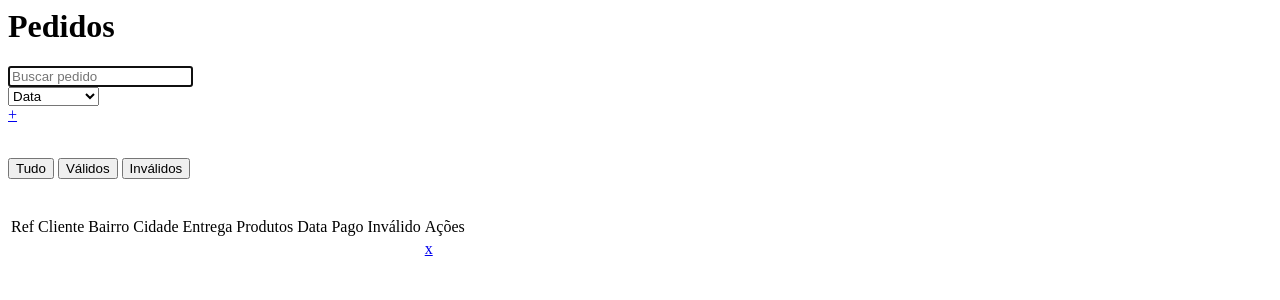
Repository: organicos/organicos.github.io
Page: partials/order/orders.html
The author's editor kept a record of every edit. The page is drawn from the files as they stood at one moment, then again after the next edit.
The browser window is 1280 px wide. The pictures show the whole page.

Above is the page before.

### partials/order/orders.html
<h1>Pedidos</h1>

<form class="form-inline text-right">
    <div class="form-group">
		<input class="form-control input-xs" id="orderQuery" name="orderQuery" ng-model="orderQuery" type="text" placeholder="Buscar pedido" autofocus>
    </div>
	<div class="form-group">
        <select class="form-control" id="order" ng-model="selectedOrder">
            <option value="updated" selected>Data</option>
            <option value="customer.email">Cliente</option>
            <option value="district">Bairro</option>
            <option value="city">Cidade</option>
            <option value="deliveryOption">Entrega</option>
            <option value="products">Produto</option>
            <option value="payment_status">Pagamento</option>
            <option value="invalid">Inválido</option>
        </select>
	</div>
    <span ng-if="$storage.user.kind == 'admin'"><a class="btn btn-default" href="#/product">+</a></span>
</form>

<br>

<div class="btn-group" role="group">
	<button
		type="button"
		class="btn btn-sm btn-primary"
		ng-class="selectedFilterInvalidValue === '' ? 'active' : ''"
		ng-click="selectFilterInvalidValue('')"
	>Tudo</button>
	<button
		type="button"
		class="btn btn-sm btn-primary"
		ng-class="selectedFilterInvalidValue === false ? 'active' : ''"
		ng-click="selectFilterInvalidValue(false)"
	>Válidos</button>
	<button
		type="button"
		class="btn btn-sm btn-primary"
		ng-class="selectedFilterInvalidValue === true ? 'active' : ''"
		ng-click="selectFilterInvalidValue(true)"
	>Inválidos</button>
</div>

<br><br>

<table class="table table-condensed table-stripped table-hover small">
    <thead>
        <tr>
            <td>Ref</td>
            <td>Cliente</td>
            <td>Bairro</td>
            <td>Cidade</td>
            <td>Entrega</td>
            <td>Produtos</td>
            <td>Data</td>
            <td>Pago</td>
            <td ng-if="selectedFilterInvalidValue === ''">Inválido</td>
            <td>Ações</td>
        </tr>
    </thead>
    <tbody>
        <tr ng-repeat="order in filteredProducts = (orders | filter: orderQuery | orderBy: selectedOrder | filter: {invalid : selectedFilterInvalidValue})">
            <td><a href="#/order/{{order._id}}" ng-bind="order._id"></a></td>
            <td><a href="#/user/{{order.customer._id}}" ng-bind="order.customer.name || order.customer.email"></a></td>
            <td ng-bind="order.district"></td>
            <td ng-bind="order.city"></td>
            <td ng-bind="order.deliveryOption"></td>
            <td ng-bind="order.products.length"></td>
            <td ng-bind="order.updated | date:'dd/MM/yyyy'"></td>
            <td><i nf-if="order.pagseguro.transaction.status[0]" class="fa fa-check"></i></td>
            <td ng-if="selectedFilterInvalidValue === ''"><i class="fa fa-check" ng-if="order.invalid"></i></td>
            <td><a ng-click="dropOrder(order)" href="javascrip:void(0)">x</a></td>
        </tr>
    </tbody>
</table>

After the next edit:
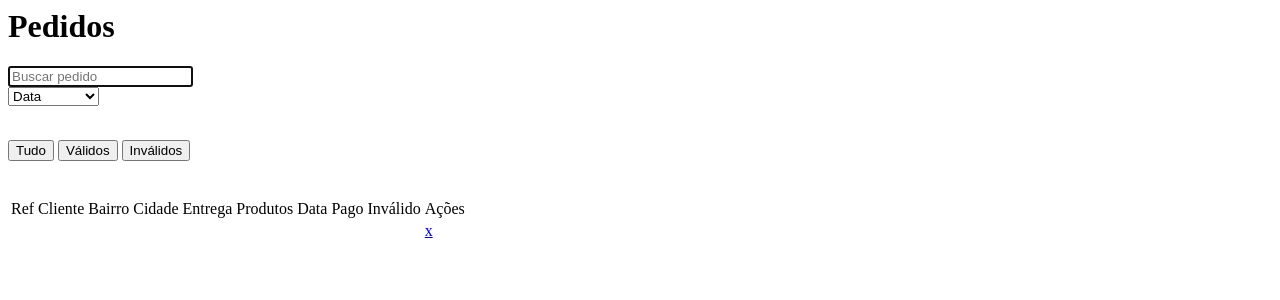
The edit:
--- a/partials/order/orders.html
+++ b/partials/order/orders.html
@@ -16,7 +16,6 @@
             <option value="invalid">Inválido</option>
         </select>
 	</div>
-    <span ng-if="$storage.user.kind == 'admin'"><a class="btn btn-default" href="#/product">+</a></span>
 </form>
 
 <br>
